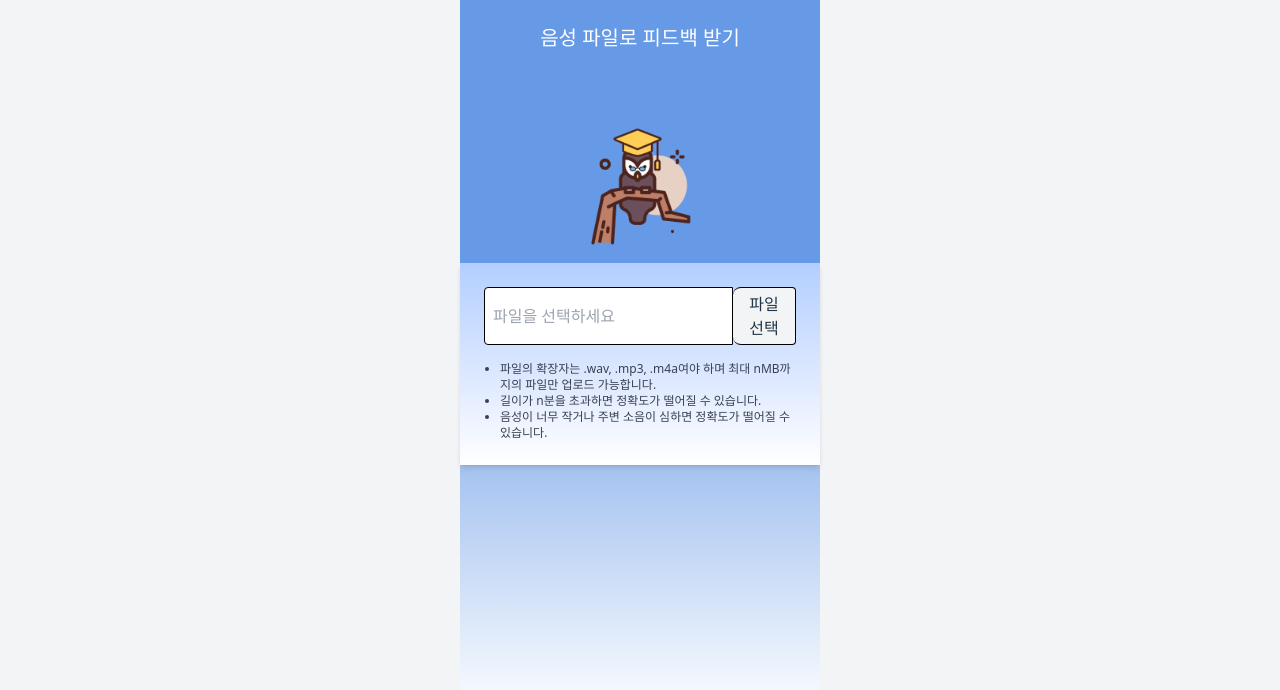
Repository: yurim1205/mini_front
Page: /file (app in frontend/)
An editor plug-in stored every save of this project. The page is shown before and after the next save, followed by the edit.
The browser window is 1280 px wide. The pictures show the whole page.
The project was rebuilt for these pictures with package versions that can differ from the ones it lists, and the page was loaded fresh each time. Also part of the build but not shown: frontend/vite.config.js, frontend/src/components/common/Button.jsx, frontend/src/components/buttons/fileFeedbackBtn.jsx, frontend/src/components/buttons/rec_FeedbackBtn.jsx, frontend/src/pages/home.jsx.

Above is the page before, as saved 2025-05-13 17:44:49.

### frontend/src/App.jsx
import { BrowserRouter, Routes, Route } from 'react-router-dom';
import Home from './pages/home';
import FileFeedback from './pages/fileFeedback';
import RecordFeedback from './pages/recordFeedback';

function App() {
  return (
    <BrowserRouter>
      <Routes>
        <Route path="/" element={<Home />} />
        <Route path="/file" element={<FileFeedback />} />
        <Route path="/record" element={<RecordFeedback />} />
      </Routes>
    </BrowserRouter>
  );
}

export default App;

### frontend/src/pages/fileFeedback.jsx
import React from "react";
import { useNavigate } from "react-router-dom";
import owlImg from "../assets/img/owl.png"; // 부엉이 이미지 경로에 맞게 수정

function FileUploadPage() {
  const navigate = useNavigate();

  return (
    <div className="w-screen h-screen flex justify-center items-center bg-gray-100">
      <div
        className="relative h-screen flex flex-col items-center max-w-[360px] w-full"
        style={{
          background: "linear-gradient(to bottom, #6699E6 0%, #6699E6 40%, #fff 100%)"
        }}
      >
        <div className="flex items-center w-full px-4 pt-6">
          {/* <button onClick={() => navigate(-1)} className="text-2xl mr-2">{'←'}</button> */}
          <span className="text-xl font-semibold mx-auto text-white">음성 파일로 피드백 받기</span>
        </div>

        <img
          src={owlImg}
          alt="owl"
          className="w-32 mx-auto mt-16 "
        />

        <div
          className="rounded-none shadow-md w-full px-6 py-6 mt-2 flex flex-col items-center"
          style={{
            background: "linear-gradient(to bottom, #b3cfff 0%, #e0eaff 60%, #fff 100%)"
          }}
        >
          {/* 파일 업로드 부분 */}
          <div className="flex w-full mb-4">
            <input
              type="text"
              className="border border-black rounded-l px-2 py-1 flex-1"
              placeholder="파일을 선택하세요"
              readOnly
            />
            <button className="border border-black border-l-0 rounded-r px-4 py-1 bg-gray-100">
              파일 선택
            </button>
          </div>
          <ul className="text-xs text-gray-700 w-full list-disc pl-4">
            <li>파일의 확장자는 .wav, .mp3, .m4a여야 하며 최대 nMB까지의 파일만 업로드 가능합니다.</li>
            <li>길이가 n분을 초과하면 정확도가 떨어질 수 있습니다.</li>
            <li>음성이 너무 작거나 주변 소음이 심하면 정확도가 떨어질 수 있습니다.</li>
          </ul>
        </div>
      </div>
    </div>
  );
}

export default FileUploadPage;

### frontend/src/pages/recordFeedback.jsx
import { useNavigate } from 'react-router-dom';

function RecordFeedback() {
    const navigate = useNavigate();

    return(
df
    )
}

export default RecordFeedback;

### frontend/tailwind.config.js
/** @type {import('tailwindcss').Config} */
export default {
    content: [
      "./index.html",
      "./src/**/*.{js,ts,jsx,tsx}",
    ],
    theme: {
      extend: {
        colors:{
          'main-top': '#6699E6',
          'main-bottom': '#0A27E5',
        }
      },
    },
    plugins: [],
  }

Loaded but not shown: frontend/index.html (common file); frontend/src/main.jsx (common file); frontend/src/index.css (common file)

After the next save:
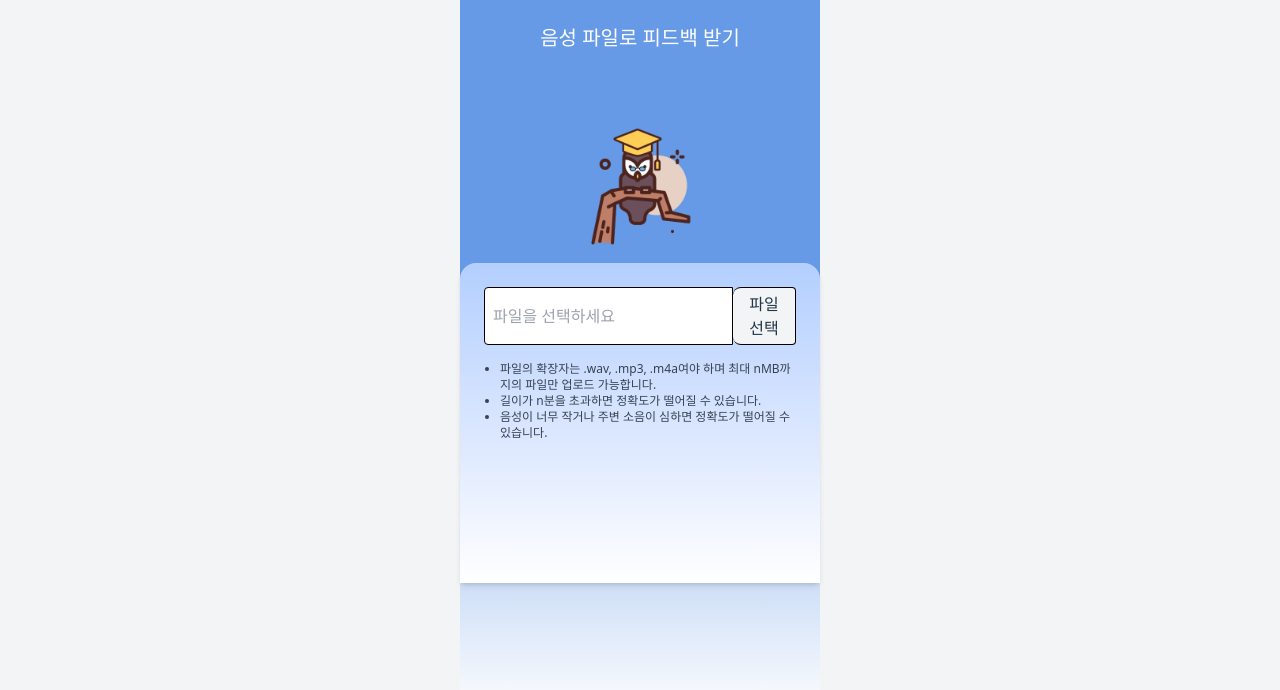
Saved 12 s later.
--- a/frontend/src/pages/fileFeedback.jsx
+++ b/frontend/src/pages/fileFeedback.jsx
@@ -25,7 +25,7 @@
         />
 
         <div
-          className="rounded-none shadow-md w-full px-6 py-6 mt-2 flex flex-col items-center"
+          className="rounded-t-2xl rounded-b-none shadow-md w-full px-6 py-6 mt-2 flex flex-col items-center min-h-[320px]"
           style={{
             background: "linear-gradient(to bottom, #b3cfff 0%, #e0eaff 60%, #fff 100%)"
           }}
